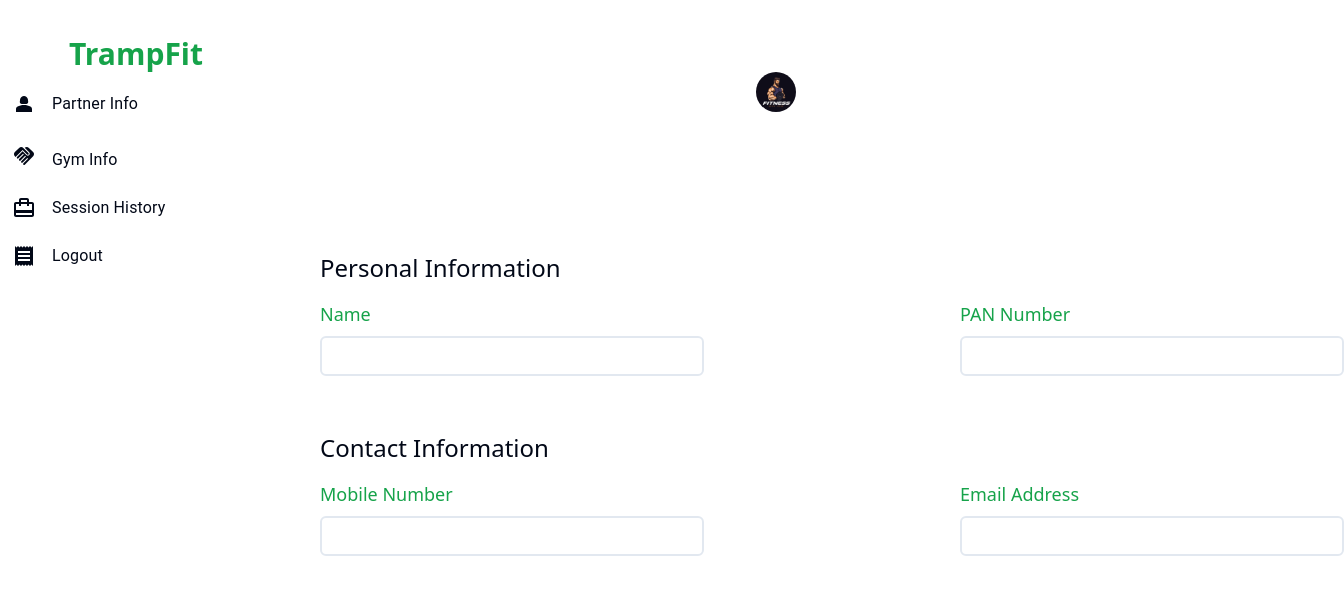
Repository: ezioxatul/TrampFit-Website
Page: /partner/partnerDashboard/partnerInfo (app in Frontend/)
The author's editor kept a copy of each file at every save. The page is drawn from the files as they stood at one save, then again after the next save.
The browser window is 1280 px wide. The page is 1344 px wide, so the pictures cover 1344 px, including what lies to the right of the window. The pictures show the whole page.
The project was rebuilt for these pictures with package versions that can differ from the ones it lists, and the page was loaded fresh each time. The framework's server and built-in components were replaced by stand-ins that run in the browser. Also part of the build but not shown: Frontend/next.config.js, Frontend/next.config.mjs, Frontend/components/Loader.js, Frontend/components/Popup.js.

Above is the page before, as saved 2024-05-16 17:56:54.

### Frontend/pages/_app.js
import Loader from "@/components/Loader";
import "@/styles/globals.css";
import { useRouter } from "next/router";
import { useEffect, useState } from "react";


const Loading = () => {

  return (
    <Loader/>
  );
}

export default function App({ Component, pageProps }) {

  const [loading, setLoading] = useState(false);
  const router = useRouter();

  useEffect(() => {
    const handleStart = () => setLoading(true);
    const handleComplete = () => setLoading(false);

    router.events.on('routeChangeStart', handleStart);
    router.events.on('routeChangeComplete', handleComplete);
    router.events.on('routeChangeError', handleComplete);

    return () => {
      router.events.off('routeChangeStart', handleStart);
      router.events.off('routeChangeComplete', handleComplete);
      router.events.off('routeChangeError', handleComplete);
    };
  }, []);

  return (
    <>
    <div className="h-2">
      {
        loading  &&
          <Loading />

      }
      </div>
          <Component {...pageProps} />

    </>
  );
}

### Frontend/pages/_document.js
import { Html, Head, Main, NextScript } from "next/document";

export default function Document() {
  return (
    <Html lang="en">
          <Head />
          <body>
            <Main />
            <NextScript />
          </body>
        </Html>
        );
}

### Frontend/pages/partner/partnerDashboard/partnerInfo.js
import PartnerSideBar from "@/components/PartnerSideBar";
import { Avatar } from "@mui/material";
import { Input } from "@/components/ui/input";
import { Label } from "@/components/ui/label";
import { useEffect, useState } from "react";
import { useRouter } from "next/router";
import { ToastContainer, toast } from "react-toastify";

export default function partnerInfo() {
    const inputClassName = "w-96 text-lg border-2";
    const labelClassName = "text-lg text-green-600 font-normal";
    const containerClassName = "ml-80";

    return (
        <>
            <div className="flex flex-col">
                <div className="flex">
                    <PartnerSideBar />
                        <Avatar className="w-36 mx-auto mt-16 h-36 text-6xl bg-black" src="/gymname.png" />
                </div>
                <div className=" mt-[-5rem]">
                    <h1 className={`${containerClassName} text-2xl mb-4`}>Personal Information</h1>
                    <div className={`${containerClassName} flex mb-10`}>
                        <div className="mr-32 space-y-2">
                            <Label htmlFor="name" className={labelClassName}>
                                Name
                            </Label>
                            <Input type="text" className={inputClassName} />
                        </div>
                        <div className="ml-32 space-y-2">
                            <Label htmlFor="panNumber" className={labelClassName}>
                                PAN Number
                            </Label>
                            <Input type="text" className={inputClassName} />
                        </div>
                    </div>
                </div>
                <div>
                    <h1 className={`${containerClassName} text-2xl mb-4 mt-4`}>Contact Information</h1>
                    <div className={`${containerClassName} flex mb-10`}>
                        <div className="mr-32 space-y-2">
                            <Label htmlFor="name" className={labelClassName}>
                                Mobile Number
                            </Label>
                            <Input type="text" className={inputClassName} />
                        </div>
                        <div className="ml-32 space-y-2 mb-10">
                            <Label htmlFor="city" className={labelClassName}>
                                Email Address
                            </Label>
                            <Input type="text" className={inputClassName} />
                        </div>
                        <ToastContainer />
                    </div>
                </div>
            </div>
        </>
    );
}

### Frontend/styles/globals.css
@tailwind base;
@tailwind components;
@tailwind utilities;


@layer base {
  :root {
    --background: 0 0% 100%;
    --foreground: 222.2 84% 4.9%;

    --card: 0 0% 100%;
    --card-foreground: 222.2 84% 4.9%;

    --popover: 0 0% 100%;
    --popover-foreground: 222.2 84% 4.9%;

    --primary: 222.2 47.4% 11.2%;
    --primary-foreground: 210 40% 98%;

    --secondary: 210 40% 96.1%;
    --secondary-foreground: 222.2 47.4% 11.2%;

    --muted: 210 40% 96.1%;
    --muted-foreground: 215.4 16.3% 46.9%;

    --accent: 210 40% 96.1%;
    --accent-foreground: 222.2 47.4% 11.2%;

    --destructive: 0 84.2% 60.2%;
    --destructive-foreground: 210 40% 98%;

    --border: 214.3 31.8% 91.4%;
    --input: 214.3 31.8% 91.4%;
    --ring: 222.2 84% 4.9%;

    --radius: 0.5rem;
  }

  .dark {
    --background: 222.2 84% 4.9%;
    --foreground: 210 40% 98%;

    --card: 222.2 84% 4.9%;
    --card-foreground: 210 40% 98%;

    --popover: 222.2 84% 4.9%;
    --popover-foreground: 210 40% 98%;

    --primary: 210 40% 98%;
    --primary-foreground: 222.2 47.4% 11.2%;

    --secondary: 217.2 32.6% 17.5%;
    --secondary-foreground: 210 40% 98%;

    --muted: 217.2 32.6% 17.5%;
    --muted-foreground: 215 20.2% 65.1%;

    --accent: 217.2 32.6% 17.5%;
    --accent-foreground: 210 40% 98%;

    --destructive: 0 62.8% 30.6%;
    --destructive-foreground: 210 40% 98%;

    --border: 217.2 32.6% 17.5%;
    --input: 217.2 32.6% 17.5%;
    --ring: 212.7 26.8% 83.9%;
  }
}

@layer base {
  * {
    @apply border-border;
  }
  body {
    @apply bg-background text-foreground;
  }
}


.outline_remove:focus{


}
.focus-visible\:ring-offset-2:focus-visible{
  border:none !important;
  outline: none !important;
  border-style: none;
}

### Frontend/components/PartnerSideBar.js
import List from '@mui/material/List';
import ListItemButton from '@mui/material/ListItemButton';
import ListItemText from '@mui/material/ListItemText';
import Person2Icon from '@mui/icons-material/Person2';
import HandshakeIcon from '@mui/icons-material/Handshake';
import CardTravelIcon from '@mui/icons-material/CardTravel';
import ReceiptIcon from '@mui/icons-material/Receipt';
import LogoutIcon from '@mui/icons-material/Logout';

import { useState } from 'react';
import Link from 'next/link';
import Popup from './Popup';
import { useRouter } from 'next/router';

export default function PartnerSideBar() {

    let SideBarHeading = ['Partner Info', 'Gym Info', 'Session History', 'Logout'];

    let router = useRouter();
    let [start, setStart] = useState(false);

    const logout = () => {
        setStart(!start);
    }


    const logoutEvent = () => {
        localStorage.removeItem('partnerToken');
        setStart(false);
        router.push('/partner/partnerLogin')
    }
    return (
        <>
            <div className=" w-72  m-[-8px] p-1  mb-10">
                <Link href="#"><h1 className=' text-green-600 text-3xl font-semibold text-center mt-8 cursor-pointer'>TrampFit</h1></Link>

                <List className='bg-white mt-8 ml-6 space-y-2'>
                    {
                        SideBarHeading.map((text, index) => {
                            return (
                                index === 1 ?
                                    <>

                                        <ListItemButton className=' space-x-4 flex justify-between hover:bg-green-100 hover:rounded-2xl hover:text-green-600'>
                                            <Link href="#" className='flex space-x-4 '>
                                                <HandshakeIcon className='text-2xl' />
                                                <ListItemText primary={text} />
                                            </Link>
                                        </ListItemButton>

                                    </> :
                                    index === 0 ?
                                        <Link href="#">
                                            <ListItemButton className=' space-x-4 hover:bg-green-100 hover:rounded-2xl hover:text-green-600'>
                                                <Person2Icon className='text-2xl' />
                                                <ListItemText primary={text} />
                                            </ListItemButton>
                                        </Link> :
                                        index === 2 ?
                                            <Link href="#">
                                                <ListItemButton className=' space-x-4 hover:bg-green-100 hover:rounded-2xl hover:text-green-600'>
                                                    <CardTravelIcon className='text-2xl' />
                                                    <ListItemText primary={text} />
                                                </ListItemButton>
                                            </Link> :
                                            index === 3 ?
                                                <Link href="#">
                                                    <ListItemButton className=' space-x-4 hover:bg-green-100 hover:rounded-2xl hover:text-green-600'>
                                                        <ReceiptIcon className='text-2xl' />
                                                        <ListItemText primary={text} />
                                                    </ListItemButton>
                                                </Link> :
                                                <ListItemButton className=' space-x-4 hover:bg-green-100 hover:rounded-2xl hover:text-green-600' onClick={logout}>
                                                    <LogoutIcon className='text-2xl' />
                                                    <ListItemText primary={text} />
                                                    <Popup open={start} title={"Do you Really want to Logout?"} cancel="Cancel" logout="Logout" logoutEvent={logoutEvent} cancelEvent={logout} />
                                                </ListItemButton>
                            )
                        })
                    }
                </List>
            </div>
        </>
    );
}

### Frontend/tailwind.config.js
/** @type {import('tailwindcss').Config} */
module.exports = {
  darkMode: ["class"],
  content: [
    './pages/**/*.{js,jsx}',
    './components/**/*.{js,jsx}',
    './app/**/*.{js,jsx}',
    './src/**/*.{js,jsx}',
  ],
  prefix: "",
  theme: {
    container: {
      center: true,
      padding: "2rem",
      screens: {
        "2xl": "1400px",
      },
    },
    extend: {fontFamily: {
      play: ["Play", "sans-serif"],
    },
      colors: {
        border: "hsl(var(--border))",
        input: "hsl(var(--input))",
        ring: "hsl(var(--ring))",
        background: "hsl(var(--background))",
        foreground: "hsl(var(--foreground))",
        primary: {
          DEFAULT: "hsl(var(--primary))",
          foreground: "hsl(var(--primary-foreground))",
        },
        secondary: {
          DEFAULT: "hsl(var(--secondary))",
          foreground: "hsl(var(--secondary-foreground))",
        },
        destructive: {
          DEFAULT: "hsl(var(--destructive))",
          foreground: "hsl(var(--destructive-foreground))",
        },
        muted: {
          DEFAULT: "hsl(var(--muted))",
          foreground: "hsl(var(--muted-foreground))",
        },
        accent: {
          DEFAULT: "hsl(var(--accent))",
          foreground: "hsl(var(--accent-foreground))",
        },
        popover: {
          DEFAULT: "hsl(var(--popover))",
          foreground: "hsl(var(--popover-foreground))",
        },
        card: {
          DEFAULT: "hsl(var(--card))",
          foreground: "hsl(var(--card-foreground))",
        },
      },
      borderRadius: {
        lg: "var(--radius)",
        md: "calc(var(--radius) - 2px)",
        sm: "calc(var(--radius) - 4px)",
      },
      keyframes: {
        "accordion-down": {
          from: { height: "0" },
          to: { height: "var(--radix-accordion-content-height)" },
        },
        "accordion-up": {
          from: { height: "var(--radix-accordion-content-height)" },
          to: { height: "0" },
        },
      },
      animation: {
        "accordion-down": "accordion-down 0.2s ease-out",
        "accordion-up": "accordion-up 0.2s ease-out",
      },
    },
  },
  plugins: [require("tailwindcss-animate")],
}

Loaded but not shown: Frontend/components/ui/input.jsx (common file); Frontend/components/ui/label.jsx (common file); Frontend/lib/utils.js (common file)

After the next save:
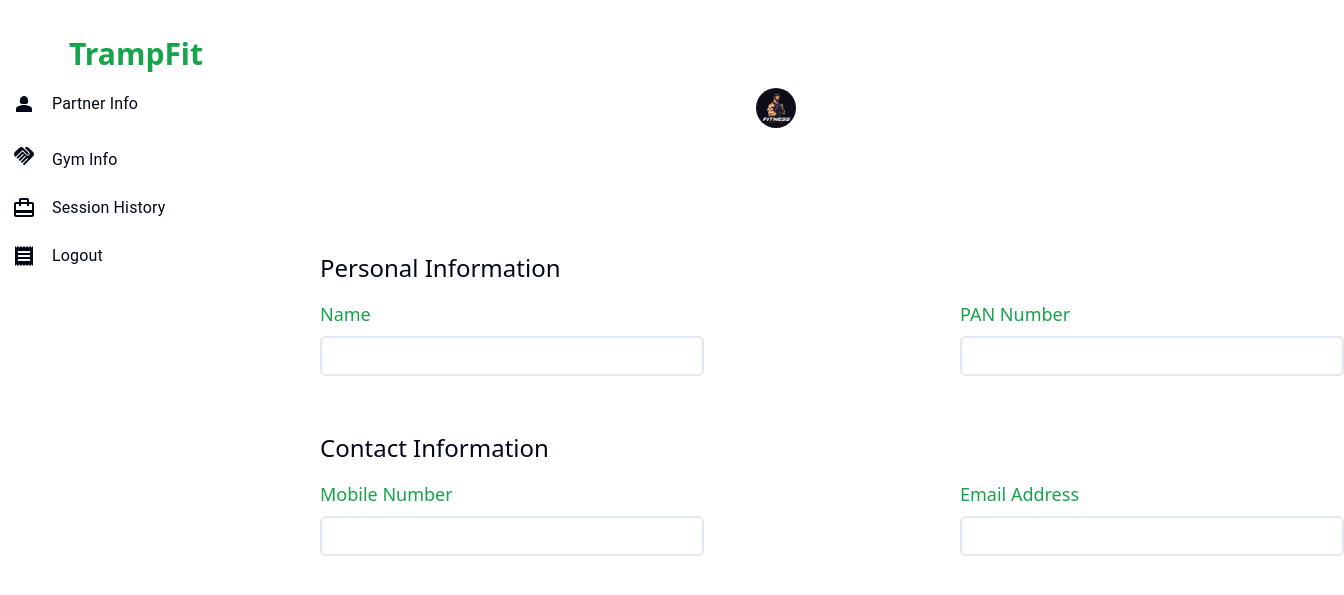
Saved 56 s later.
--- a/Frontend/pages/partner/partnerDashboard/partnerInfo.js
+++ b/Frontend/pages/partner/partnerDashboard/partnerInfo.js
@@ -16,7 +16,7 @@
             <div className="flex flex-col">
                 <div className="flex">
                     <PartnerSideBar />
-                        <Avatar className="w-36 mx-auto mt-16 h-36 text-6xl bg-black" src="/gymname.png" />
+                        <Avatar className="w-36 mx-auto mt-20 h-36 text-6xl bg-black" src="/gymname.png" />
                 </div>
                 <div className=" mt-[-5rem]">
                     <h1 className={`${containerClassName} text-2xl mb-4`}>Personal Information</h1>
